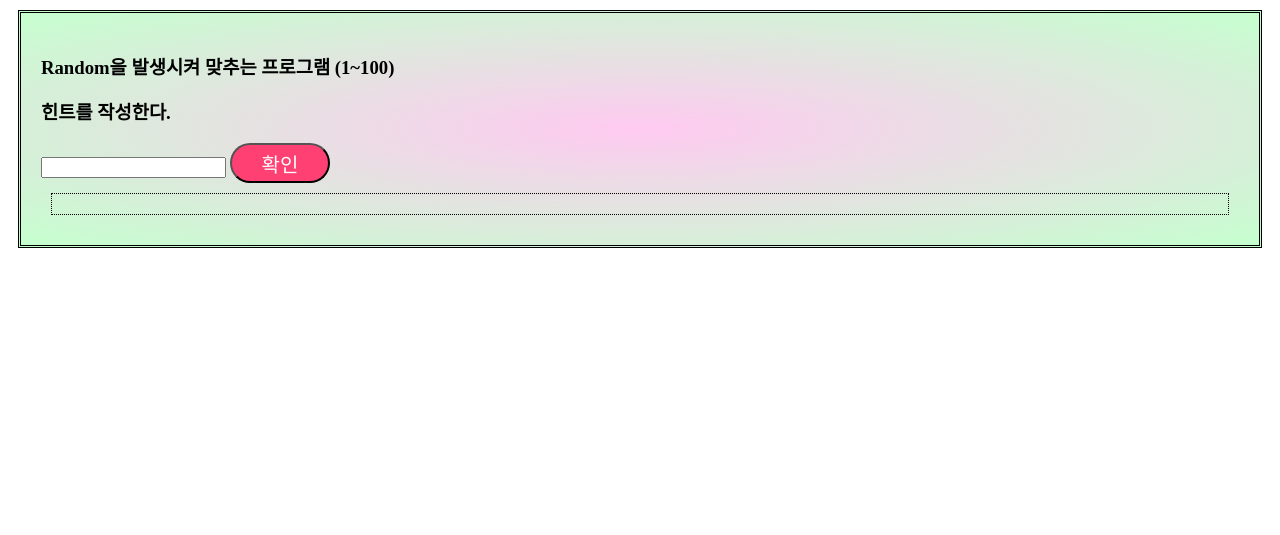
Repository: choidazzi/DDIT
Page: web programming/html/webpro/src/main/webapp/0511/랜덤객체.html
An editor plug-in stored every save of this project. The page is shown before and after the next save, followed by the edit.
The browser window is 1280 px wide. The pictures show the whole page.

Above is the page before, as saved 2023-05-11 00:43:14.

### web programming/html/webpro/src/main/webapp/0511/랜덤객체.html
<!DOCTYPE html>
<html>
<head>
<meta charset="UTF-8">
<title>Insert title here</title>
<link rel ="stylesheet" href="../css/my.css">
<script>
	// 랜덤 발생 (1~100)
	rand = parseInt(Math.random() * 100 + 1);
	console.log(rand);
	count = 0;
	//입력한 값들을 문자열로 누적시키는 변수
	inputs = "";

	proc1 = () => {
		// 입력한 값 가져오기 - id="rnum"인 요소에 접근 - 값 가져오기 (value)
		numValue = document.getElementById('rnum').value;
		count++;
		inputs += numValue + " ";

		res="";

		// 비교
		if (numValue == rand) {
			res = `랜덤 수 : ${rand} <br>`;
			res += `입력값들 : ${inputs} <br>`;
			res += `입력횟수 : ${count} <br> 정답입니다!`;
		} else if (numValue > rand){
			res = "힌트 : 더 작은 수를 입력하세요!!";
		} else {
			res = "힌트 : 더 큰 수를 입력하세요!!";
		}

		//출력
		str = `${res}`;
		document.getElementById('result1').innerHTML = str;
	}
</script>
</head>
<body>
	<div class="box">
		<h3>Random을 발생시켜 맞추는 프로그램 (1~100)</h3>
		<h3>힌트를 작성한다.</h3>

		<input type="text" id="rnum">
		<input type="button" onclick="proc1()" value ="확인">
		<div id="result1" class="result"></div>
	</div>

</body>
</html>

### web programming/html/webpro/src/main/webapp/css/my.css
@charset "UTF-8";

pre {
	border: 4px double steelblue;
	border-left: none;
	border-right: none;
	background: #defedf;
	padding: 20px;
	margin: 10px;
	font-size: 1.5em;
}

.box {
	border: 3px double #000;
	margin: 10px;
	padding: 20px;
	background-image: radial-gradient(#FFCAF1,#C5FFCE);
}

.box input[type=button], button[type="button"]  {
		background: #fe4072;
		color: #fff;
		width: 100px;
		height: 40px;
		font-size: 20px;
		border-radius: 50px;
}

.box .result {
	border: 1px dotted black;
	margin: 10px;
	padding: 10px;
	font-size: 1.5rem;
}

After the next save:
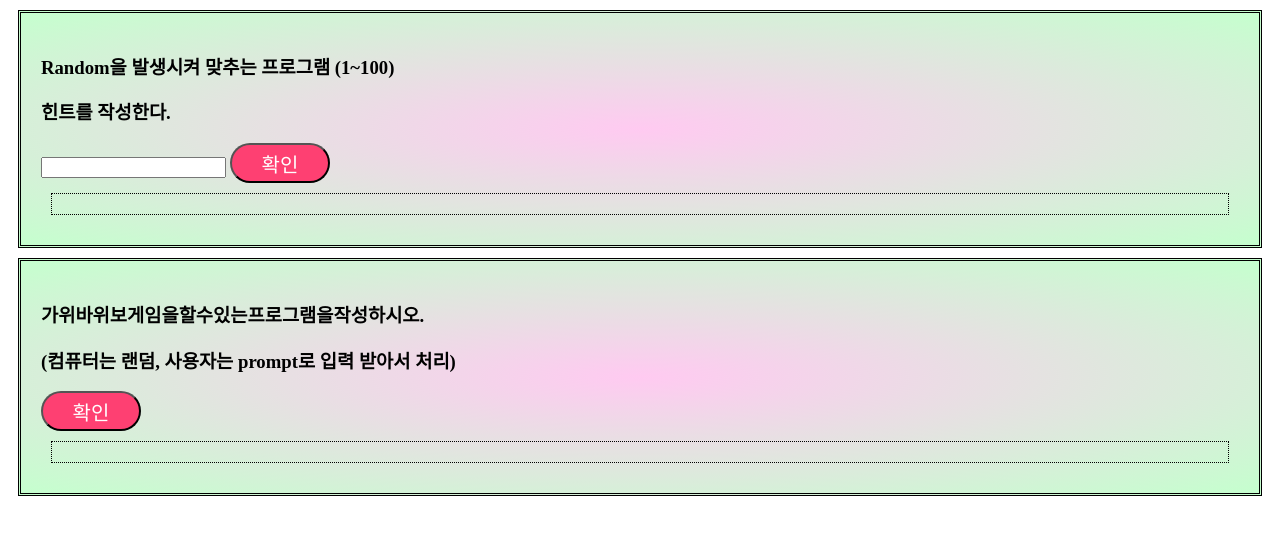
Saved 6 min 4 s later.
--- a/web programming/html/webpro/src/main/webapp/0511/랜덤객체.html
+++ b/web programming/html/webpro/src/main/webapp/0511/랜덤객체.html
@@ -47,5 +47,13 @@
 		<div id="result1" class="result"></div>
 	</div>
 
+	<div class="box">
+		<h3>가위바위보게임을할수있는프로그램을작성하시오. </h3>
+		<h3>(컴퓨터는 랜덤, 사용자는 prompt로 입력 받아서 처리)</h3>
+
+		<input type="button" onclick="proc2()" value ="확인">
+		<div id="result2" class="result"></div>
+	</div>
+
 </body>
 </html>
